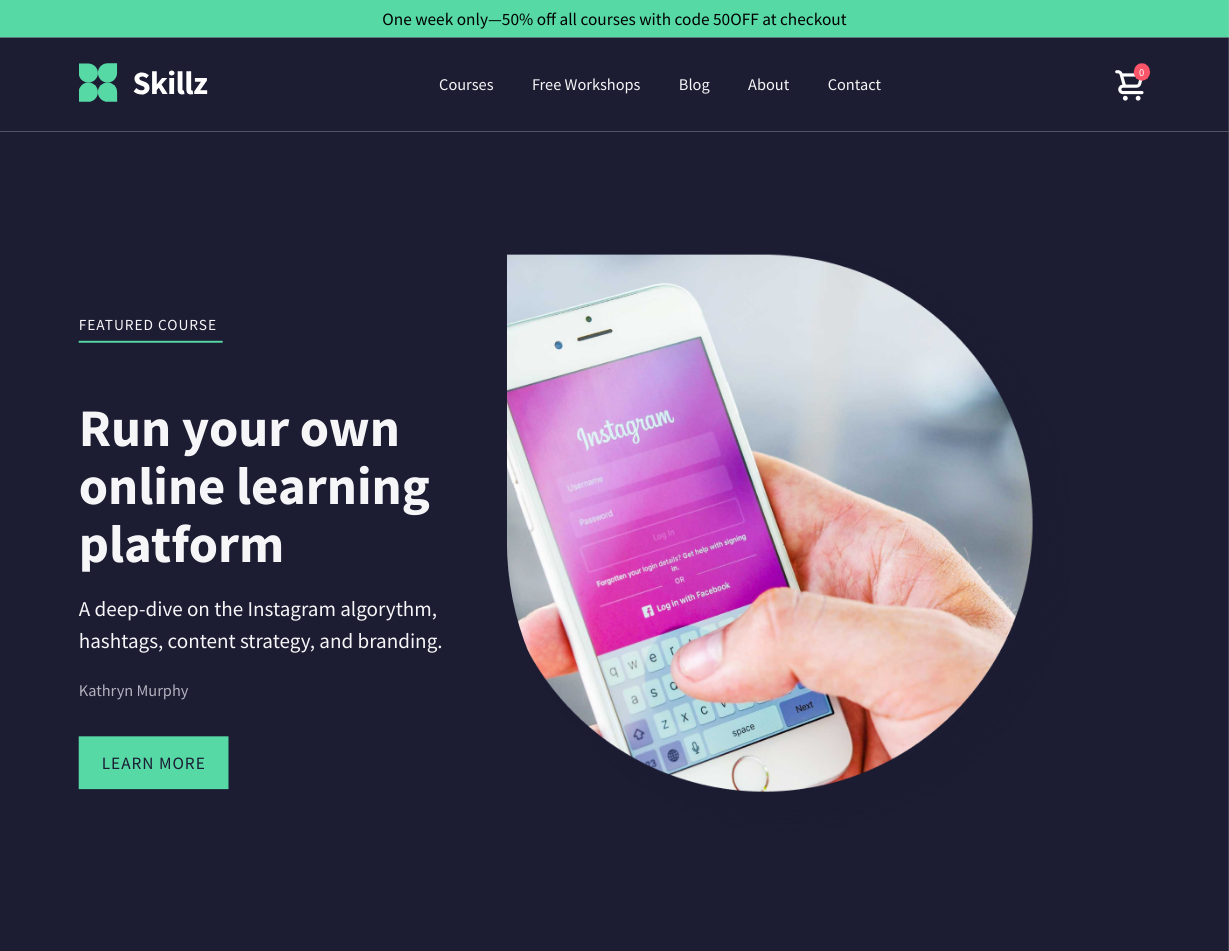
Repository: saidabbasun/skillz
Page: /
An editor plug-in stored every save of this project. The page is shown before and after the next save, followed by the edit.
The browser window is 1280 px wide. The pictures show the whole page, at 96% of full size.
The project was rebuilt for these pictures with package versions that can differ from the ones it lists, and the page was loaded fresh each time.

Above is the page before, as saved 2022-06-13 04:23:49.

### public/index.html
<!DOCTYPE html>
<html lang="en">
  <head>
    <meta charset="utf-8" />

    <meta name="viewport" content="width=device-width, initial-scale=1" />
    <meta name="theme-color" content="#000000" />
    <link rel="stylesheet" href="https://unicons.iconscout.com/release/v4.0.0/css/line.css">
    <title>React App</title>
  </head>
  <body>

    <div id="root"></div>

  </body>
</html>

### src/index.js
import React from 'react';
import ReactDOM from 'react-dom/client';
import { BrowserRouter } from "react-router-dom";
import App from './App';


const root = ReactDOM.createRoot(document.getElementById('root'));
root.render(
  <BrowserRouter>
    <App />
  </BrowserRouter>
);

### src/App.js
import Header from './Components/Header';
import Home from './Components/Home';
import './styles/Globl/collection.scss';

function App() {
  return (
    <div>
    <Header/>
    <Home/>
    </div>
  );
}

export default App;

### src/Components/Header.jsx
import React from 'react'

import { Link } from 'react-router-dom';
import Logo from '../assets/images/Logo.svg';
const Header = () => {
  return (
    <div>
        <div className="topDiscount">
            <p>One week only—50% off all courses with code 50OFF at checkout</p>
        </div>
        <div className="container">
            <div className="navbar">
                <Link  to={`/`}>
                <img src={Logo} alt="logo" />
                </Link>
                <div className="navbarNav">
                    <div className="navItem">
                        <Link  to={`/`} className='navLink'>Courses</Link>
                    </div>
                    <div className="navItem">
                        <Link  to={`/`} className='navLink'>Free Workshops</Link>
                    </div>
                    <div className="navItem">
                        <Link  to={`/`} className='navLink'>Blog</Link>
                    </div>
                    <div className="navItem">
                        <Link  to={`/`} className='navLink'>About</Link>
                    </div>
                    <div className="navItem">
                        <Link  to={`/`} className='navLink'>Contact</Link>
                    </div>
                </div>
                <div className="cartWrapper">
                <Link  to={`/`}>
                <i class="uil uil-shopping-cart cart"></i>
                </Link>
                     <div className="count">
                        <p>0</p>
                     </div>
                </div>
            </div>
        </div>
    </div>
  )
}

export default Header

### src/Components/Home.jsx
import React from 'react'
import { Link } from 'react-router-dom'

const Home = () => {
  return (
    <div className='container'>
        <div className="row">
            <div className="col5">
                <div className="Course">
                    <p>Featured Course</p>
                </div>
                <p className='cartTitle'>Run your own online learning platform</p>
                <p className="cartText">A deep-dive on the Instagram algorythm, hashtags, content strategy, and branding.</p>
                <p className="cartAfter">Kathryn Murphy</p>
                <Link to={`/`} className="cartBtn">
                Learn More
                </Link>
            </div>
            <div className="col7">
                <div className="bgRectangle">

                <div className="waveLine"></div>
                    <div className="Rectangle1"></div>
                    <div className="Rectangle2"></div>
                    <div className="Rectangle3"></div>


                </div>
            </div>
        </div>

    </div>
  )
}

export default Home

### src/styles/Globl/collection.scss
@import './globl';
@import './variables.scss';
@import './mixin';
@import '../Globl/font-face.scss';
@import '../Header.scss';
@import '../Home.scss';

### src/styles/Globl/_globl.scss
*{
    box-sizing: border-box;
    padding: 0;
    margin: 0;
    font-family:SourceSansProRegular ;
}
.container{
    margin: 0 auto;


}

### src/styles/Globl/variables.scss
$color_btn:#57D9A6;
$color_bg_title:#1C1C33;
$text_footer: #F6F6F8;
$color_text:#4E4E65;
$color_white:#FFFFFF;
$color_cartBg:#FC5468;

### src/styles/Globl/_mixin.scss
@mixin flexbox {
    display: flex;
    align-items: center;
}

### src/styles/Globl/font-face.scss


@font-face {
    font-family: SourceSansProRegular;

    src:  url('../../assets/fontFamily/SourceSansPro-Regular.ttf');
  }
  @font-face {
    font-family: SourceSansProBold;

    src:  url('../../assets/fontFamily/SourceSansPro-Bold.ttf');
  }
  @font-face {
    font-family: SourceSansProItalic;

    src:  url('../../assets/fontFamily/SourceSansPro-Italic.ttf');
  }

### src/styles/Header.scss
@import './Globl/variables.scss';
@import './Globl/mixin';
.topDiscount{
    background-color:$color_btn;
    font-weight: 400;
font-size: 18px;
text-align: center;

padding: 8px 0;

}
.navbar{
    @include flexbox;
    background-color:$color_bg_title;
    justify-content:space-between;
    padding: 24px 82px;
}
.navbarNav{
    @include flexbox;
 column-gap: 40px;
}

.navLink{

    font-weight: 400;
font-size: 17px;
    text-decoration: none;
    color: $text_footer;
}
.cartWrapper{
    position: relative;
}
.cart{
    color:$color_white;
    font-size: 40px;


}
.count{
    padding:0  6px;
    background-color: $color_cartBg;
    color: $color_white;
    position: absolute;
    border-radius: 50%;
    font-size: 11px;
    line-height: 18px;
    position: absolute;
    top: 3px;
    right: 0;

}

### src/styles/Home.scss
@import './Globl/variables.scss';
@import './Globl/mixin';
.row{

    padding: 120px 82px;
 @include flexbox;
 background-color: $color_bg_title;
}
.col5{
    width: 40%;

    color: $text_footer;
}
.Course{
   width: 150px;
   padding: 7px 0;
    font-weight: 400;
font-size: 16px;
letter-spacing: 1px;
text-transform: uppercase;

border-bottom: 2px solid $color_btn;
}
.cartTitle{
    font-family: SourceSansProBold;
    padding: 59px 0 22px;
    font-weight: 700;
font-size: 55px;
line-height: 60px;
}
.cartText{
    line-height: 33px;
font-weight: 400;
font-size: 22px;
}
.cartAfter{
    padding: 22px 0 48px;
    font-weight: 400;
font-size: 17px;
line-height: 27px;
color: #B2B2BF;
}
.cartBtn{
    font-weight: 400;
font-size: 18px;
line-height: 27px;
padding: 16px 24px;
letter-spacing: 1px;
text-transform: uppercase;
background-color: $color_btn;
color: $color_bg_title;
text-decoration: none   ;
}

.bgRectangle{
    position: relative;
    width: 614px;
    height: 614px;
    border-radius: 50%;
    border-top-left-radius: 0;

    background-image: url(../assets/images/homeImg.png);
    background-repeat: no-repeat;
    background-position:-20px;
    background-size:100%;

}

After the next save:
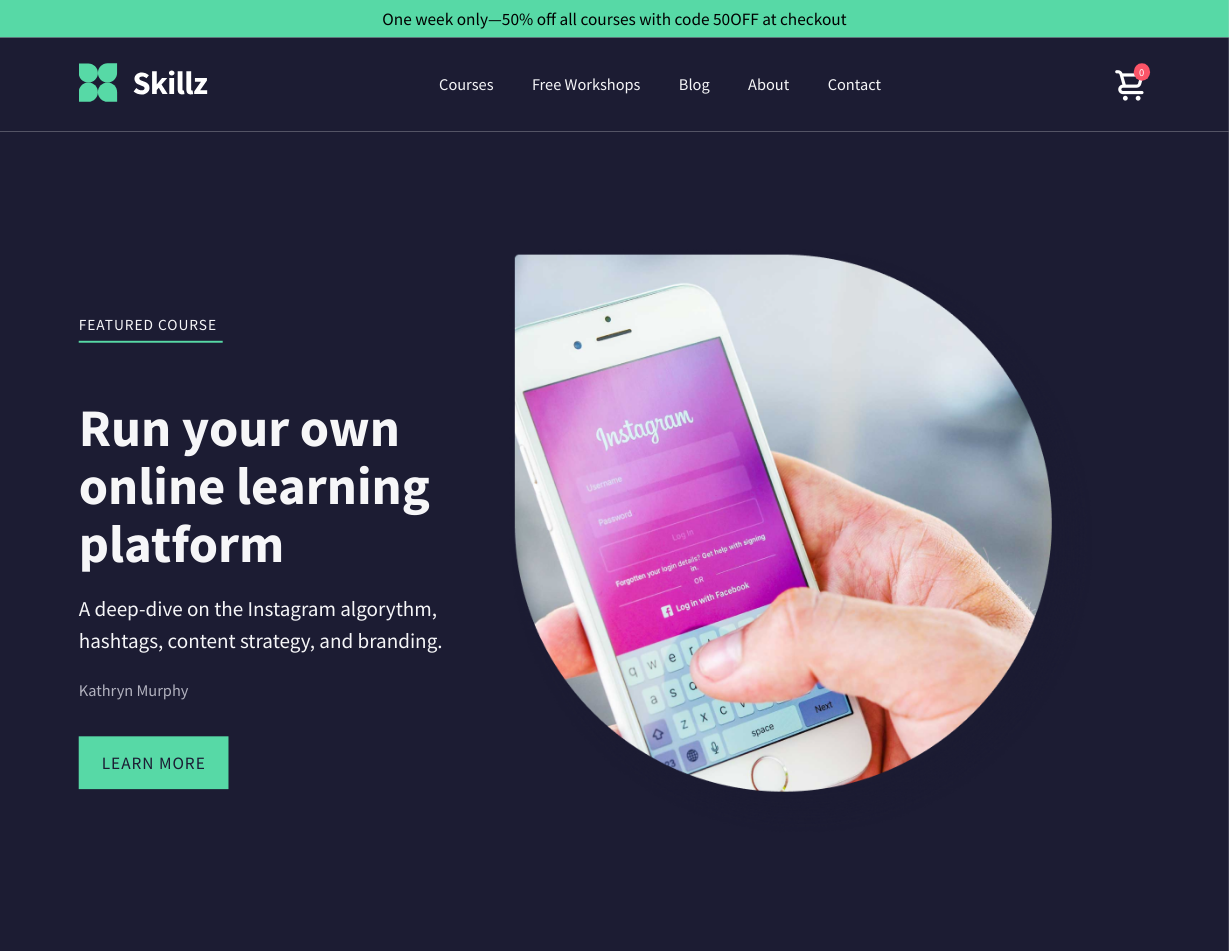
Saved 13 s later.
--- a/src/styles/Home.scss
+++ b/src/styles/Home.scss
@@ -61,7 +61,7 @@
 
     background-image: url(../assets/images/homeImg.png);
     background-repeat: no-repeat;
-    background-position:-20px;
+    background-position:center;
     background-size:100%;
 
 }
